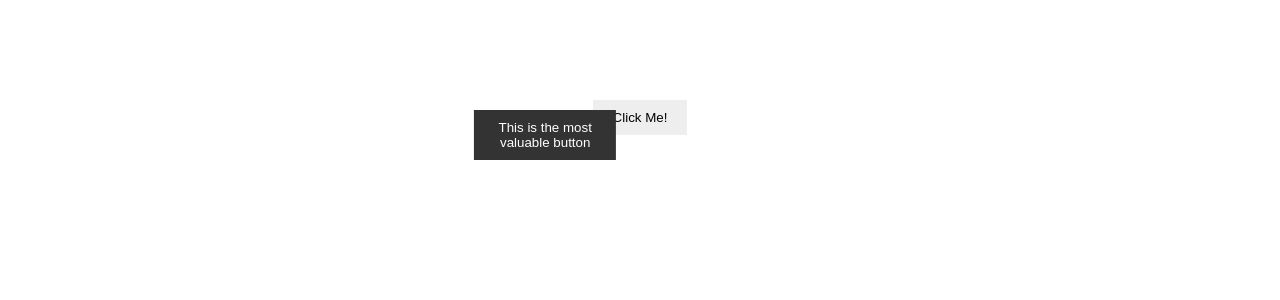
Repository: sayco/CSS-Front-End-Tutorials---Elzero
Page: 4-Create Tooltip In All Positions/index.html
An editor plug-in stored every save of this project. The page is shown before and after a run of saves, followed by the edit.
The browser window is 1280 px wide. The pictures show the whole page.

Above is the page before, as saved 2021-06-14 23:29:35.

After the next 3 saves:
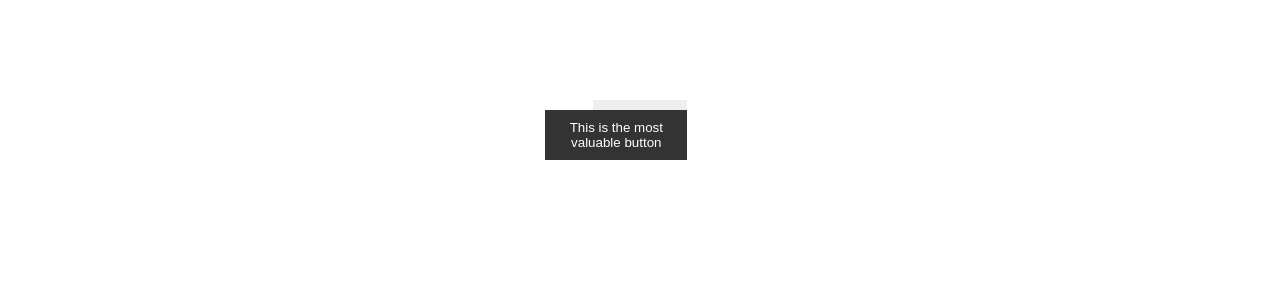
The 3 saves are shown as one change because they came seconds apart.
The last was saved 11 s later.
--- a/4-Create Tooltip In All Positions/style.css
+++ b/4-Create Tooltip In All Positions/style.css
@@ -28,6 +28,6 @@
     color: white;
     padding: 10px 15px;
     left: -50%;
-    transform: translateX(-50%);
+    /* transform: translateX(-50%); */
     position: absolute;
 }

After the save that followed:
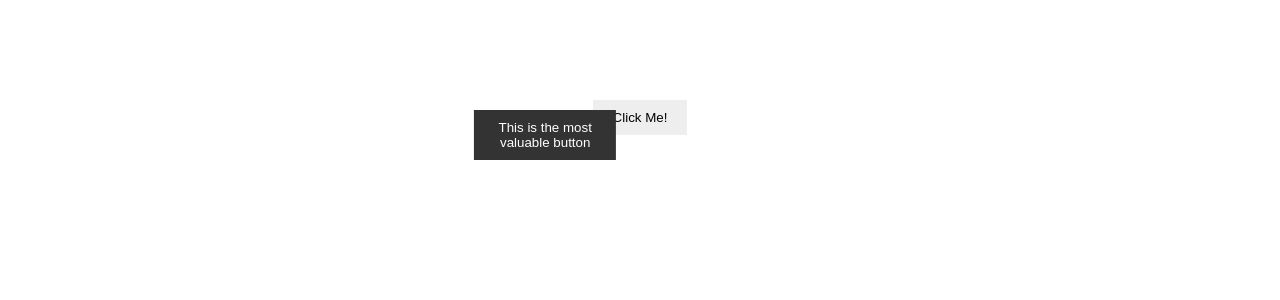
Saved 5 s later.
--- a/4-Create Tooltip In All Positions/style.css
+++ b/4-Create Tooltip In All Positions/style.css
@@ -28,6 +28,6 @@
     color: white;
     padding: 10px 15px;
     left: -50%;
-    /* transform: translateX(-50%); */
+    transform: translateX(-50%);
     position: absolute;
 }
